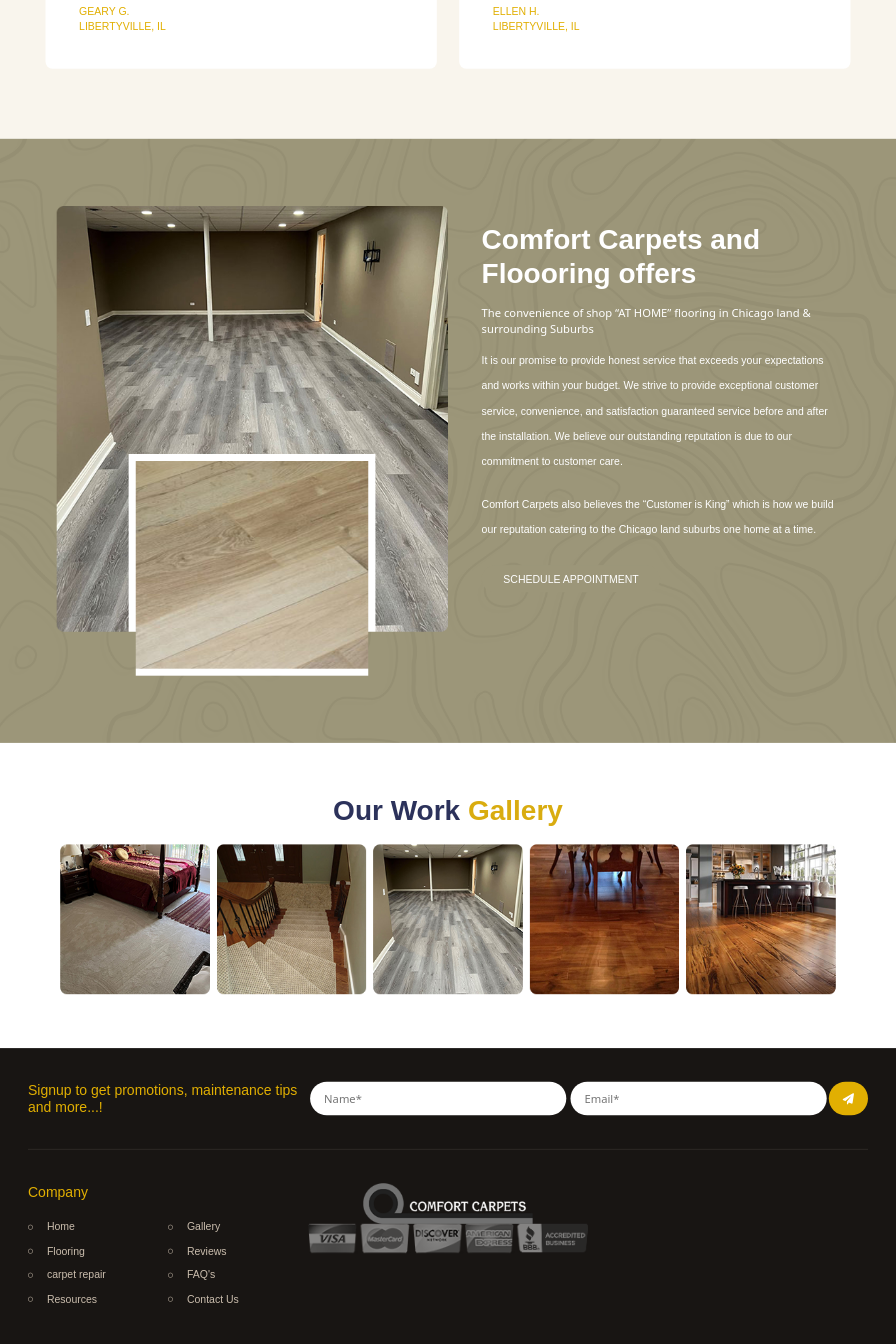
Repository: Ab-dur-Rehman/sscaseFolders
Page: index.html
An editor plug-in stored every save of this project. The page is shown before and after the next save, followed by the edit.
The browser window is 1280 px wide. The pictures show the part of the page from y = 3896 to 5816 px (the page is 5816 px tall), at 70% of full size.
Some web fonts or font styles are not loaded; a fallback is used.

Above is the page before, as saved 2022-12-26 16:48:47.

After the next save:
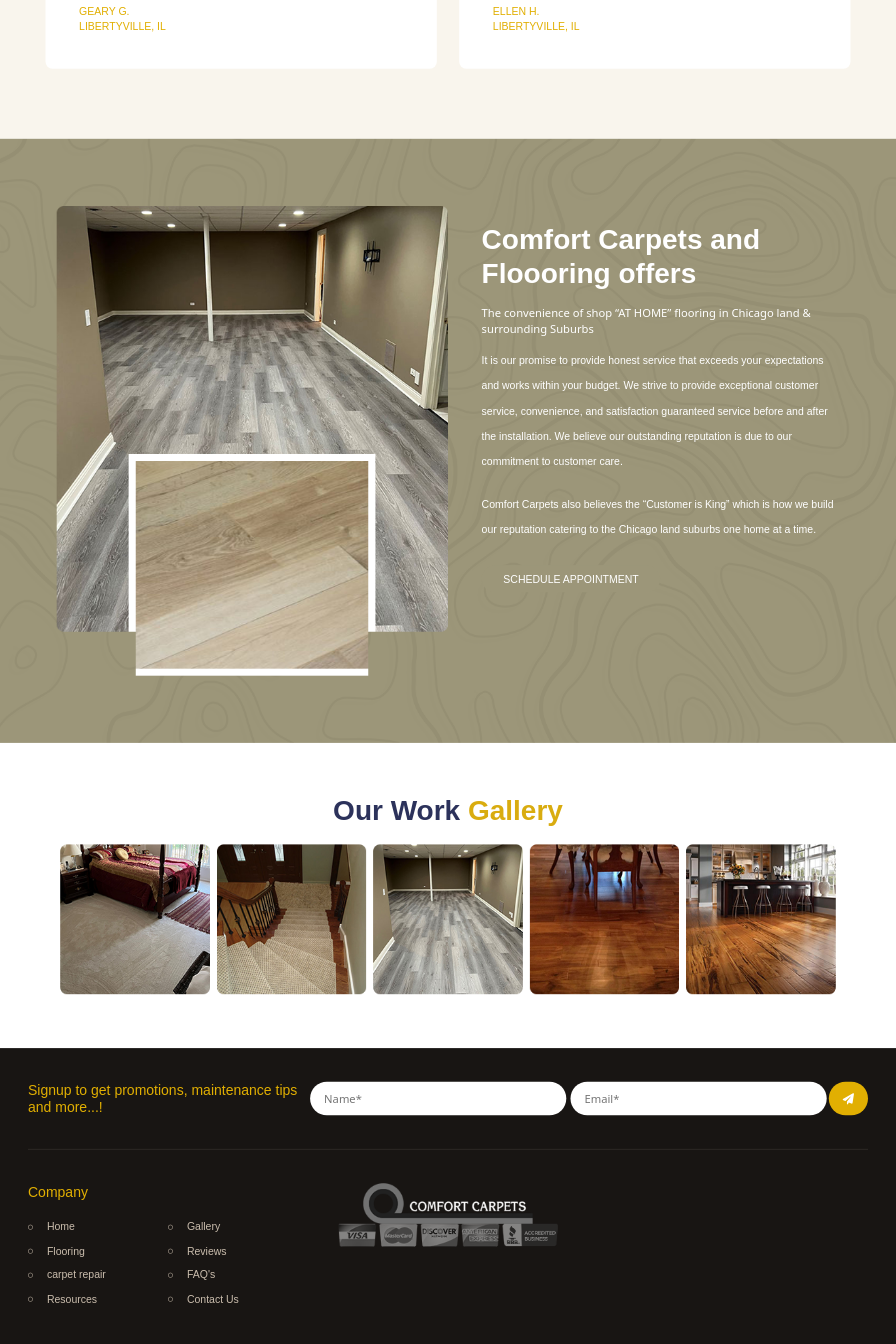
Saved 9 s later.
--- a/assets/css/style.css
+++ b/assets/css/style.css
@@ -288,7 +288,7 @@
     margin: 0 auto;
     display: block;
 }
-.footer-payment img {
+.footer-payment {
     max-width: 314px;
     width: 95%;
     display: block;
